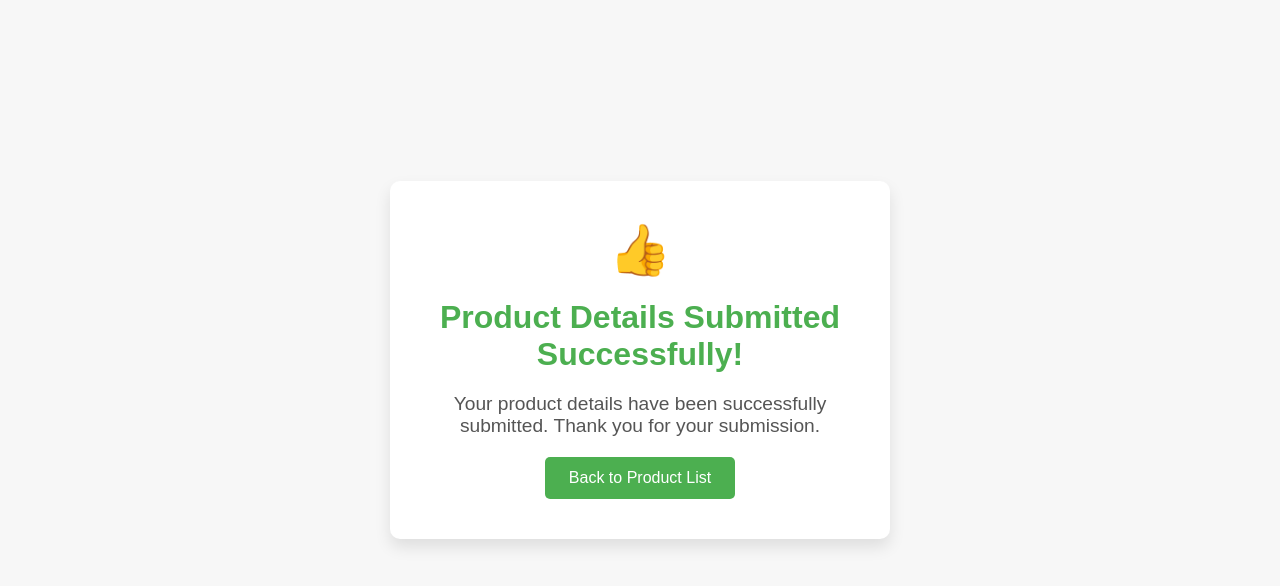
Repository: sohail1810/Product
Page: http://localhost/Success
These files come from the project's save history. The page is drawn as it stood at one moment and after the next save; the edit follows.
The browser window is 1280 px wide. The pictures show the whole page.
The page is this project's Thymeleaf template; nobody is signed in. The template is opened directly, without the code that normally fills it, so the values that code supplies are empty.

Above is the page before, as saved 2024-12-21 17:54:13.

After the next save:
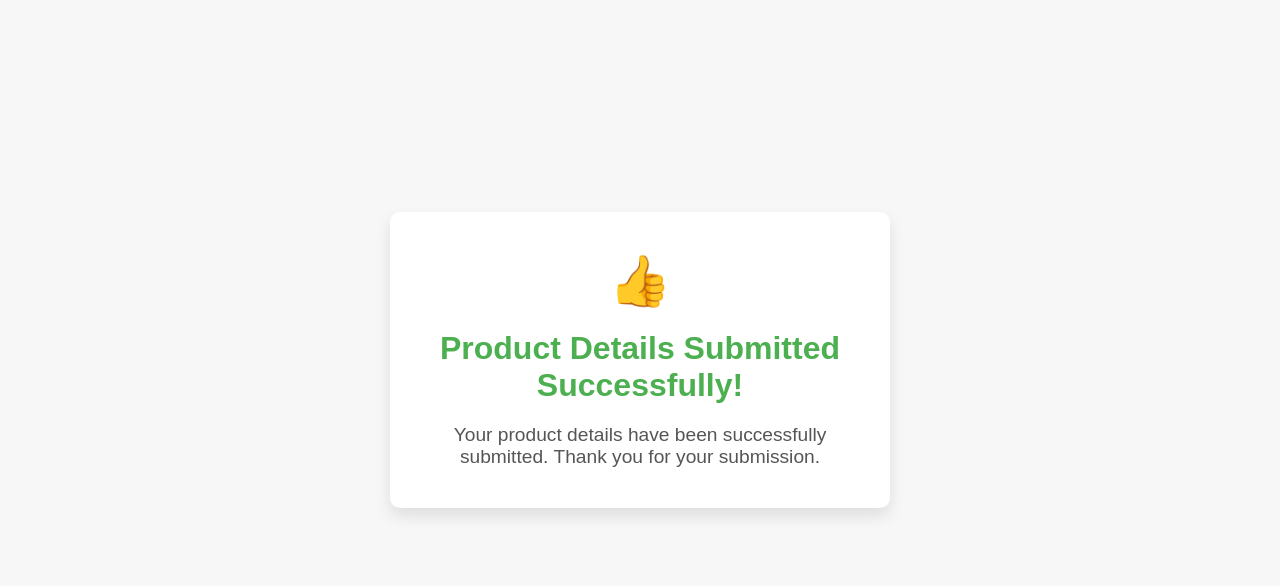
Saved 54 s later.
--- a/SpringBootMVC-1/src/main/resources/templates/Success.html
+++ b/SpringBootMVC-1/src/main/resources/templates/Success.html
@@ -89,7 +89,7 @@
         <h2>Product Details Submitted Successfully!</h2>
         <p>Your product details have been successfully submitted. Thank you for your submission.</p>
         <!-- Back to Product List button -->
-        <a href="/products" class="button">Back to Product List</a>
+
     </div>
 
 </body>
